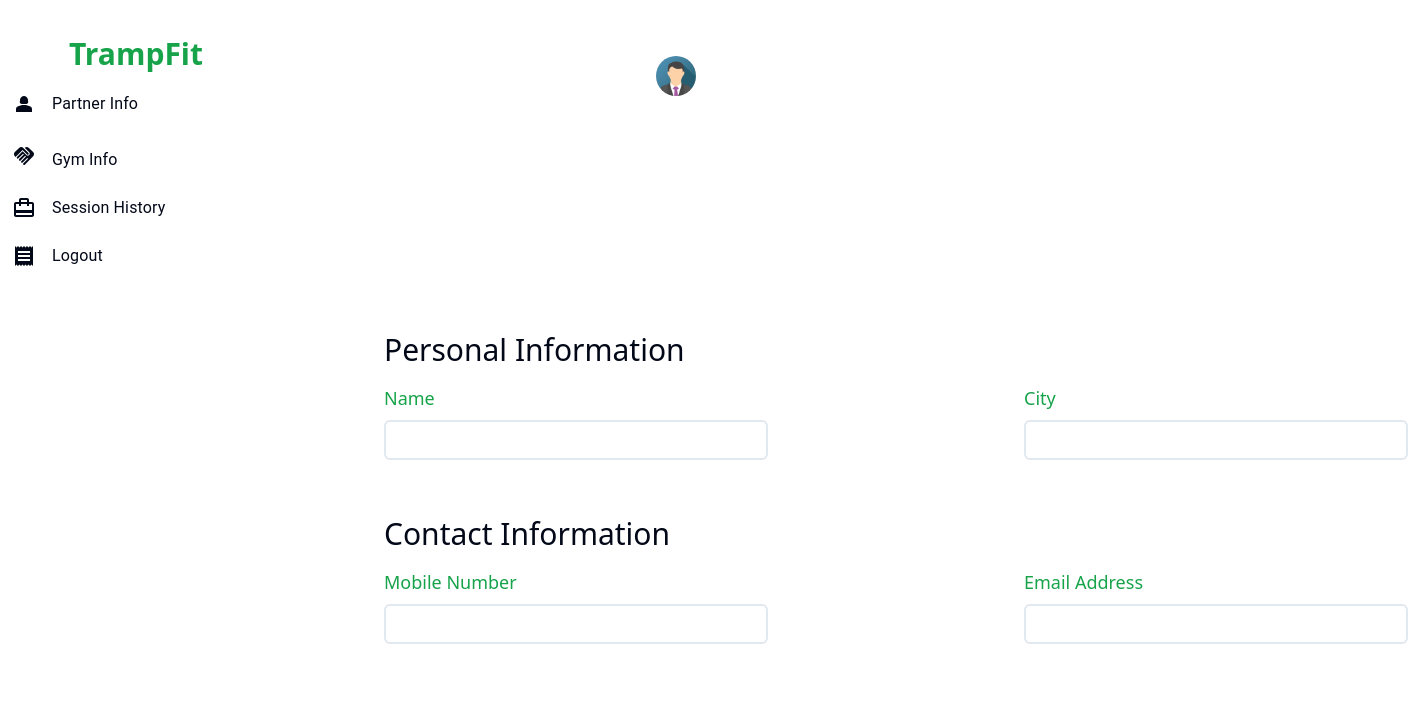
Repository: ezioxatul/TrampFit-Website
Page: /partner/partnerDashboard/partnerInfo (app in Frontend/)
The author's editor kept a copy of each file at every save. The page is drawn from the files as they stood at one save, then again after the next save.
The browser window is 1280 px wide. The page is 1408 px wide, then 1344 px, then 1408 px, so the pictures cover 1408 px, including what lies to the right of the window. The pictures show the whole page.
The project was rebuilt for these pictures with package versions that can differ from the ones it lists, and the page was loaded fresh each time. The framework's server and built-in components were replaced by stand-ins that run in the browser. Also part of the build but not shown: Frontend/next.config.js, Frontend/next.config.mjs, Frontend/components/Loader.js, Frontend/components/Popup.js.

Above is the page before, as saved 2024-05-16 17:38:23.

After the next save:
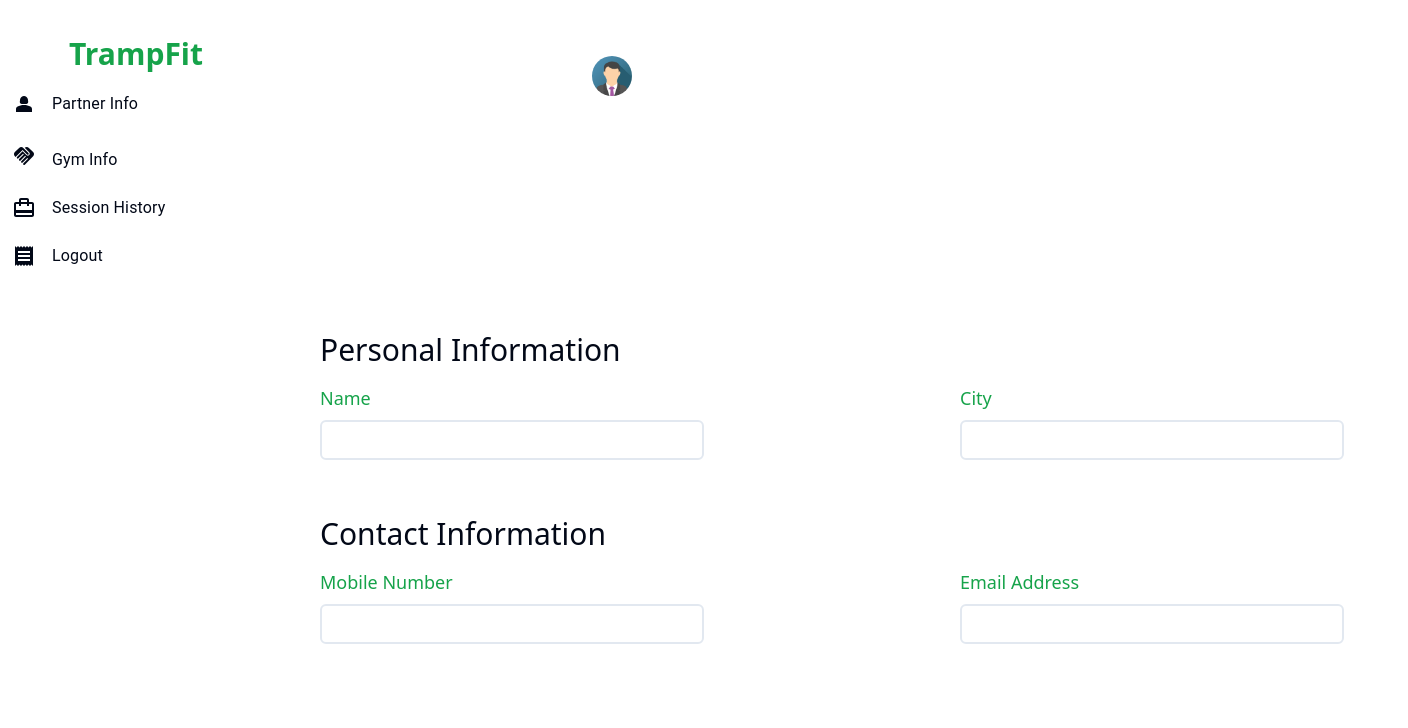
Saved 35 s later.
--- a/Frontend/pages/partner/partnerDashboard/partnerInfo.js
+++ b/Frontend/pages/partner/partnerDashboard/partnerInfo.js
@@ -9,7 +9,7 @@
 export default function partnerInfo() {
     const inputClassName = "w-96 text-lg border-2";
     const labelClassName = "text-lg text-green-600 font-normal";
-    const containerClassName = "ml-96";
+    const containerClassName = "ml-80";
 
     return (
         <>

After the 4 saves that followed:
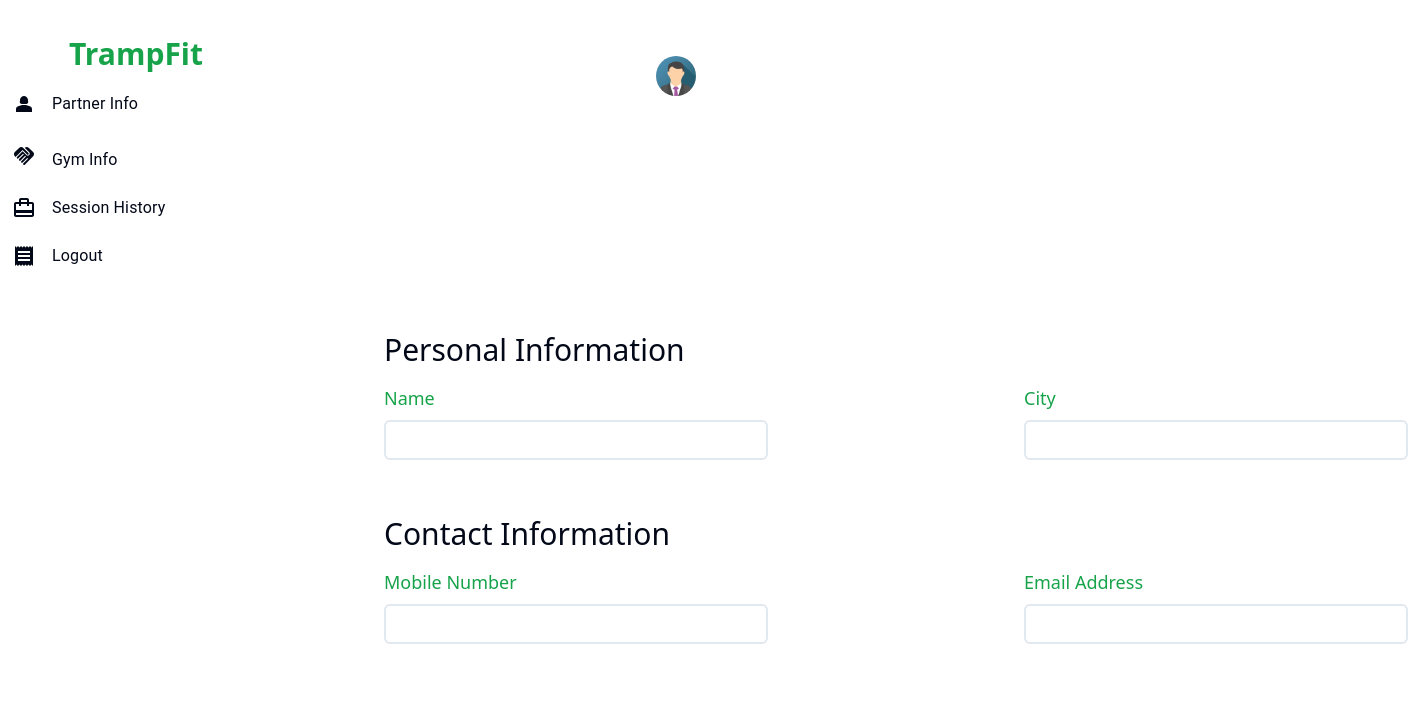
The 4 saves are shown as one change because 3 left the picture as it was.
The last was saved 4 min 39 s later.
--- a/Frontend/pages/partner/partnerDashboard/partnerInfo.js
+++ b/Frontend/pages/partner/partnerDashboard/partnerInfo.js
@@ -9,7 +9,7 @@
 export default function partnerInfo() {
     const inputClassName = "w-96 text-lg border-2";
     const labelClassName = "text-lg text-green-600 font-normal";
-    const containerClassName = "ml-80";
+    const containerClassName = "ml-96";
 
     return (
         <>
